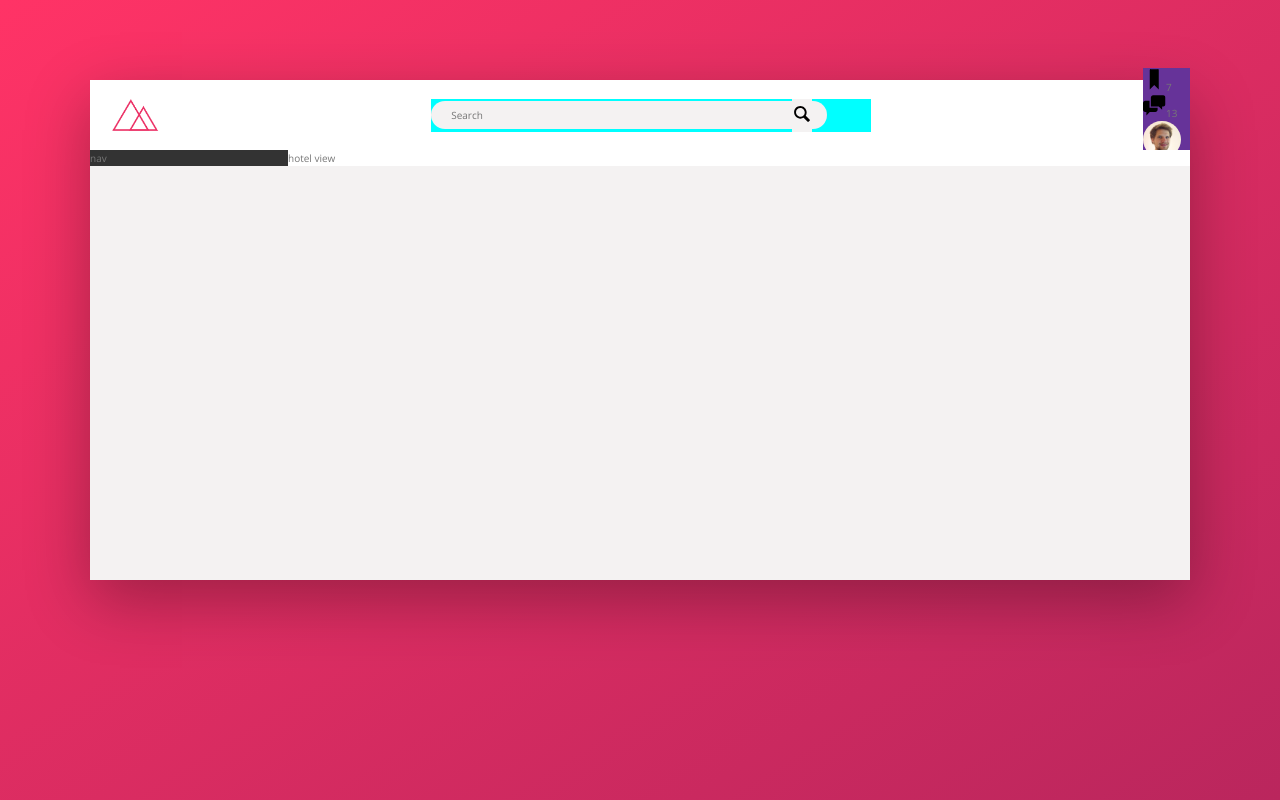
Repository: ajayaj2001/modern-Hotel
Page: /
The author's editor kept a copy of each file at every save. The page is drawn from the files as they stood at one save, then again after the next save.
The browser window is 1280 px wide. The pictures show the whole page.
The project was rebuilt for these pictures with package versions that can differ from the ones it lists, and the page was loaded fresh each time.

Above is the page before, as saved 2020-12-13 11:50:01.

After the next save:
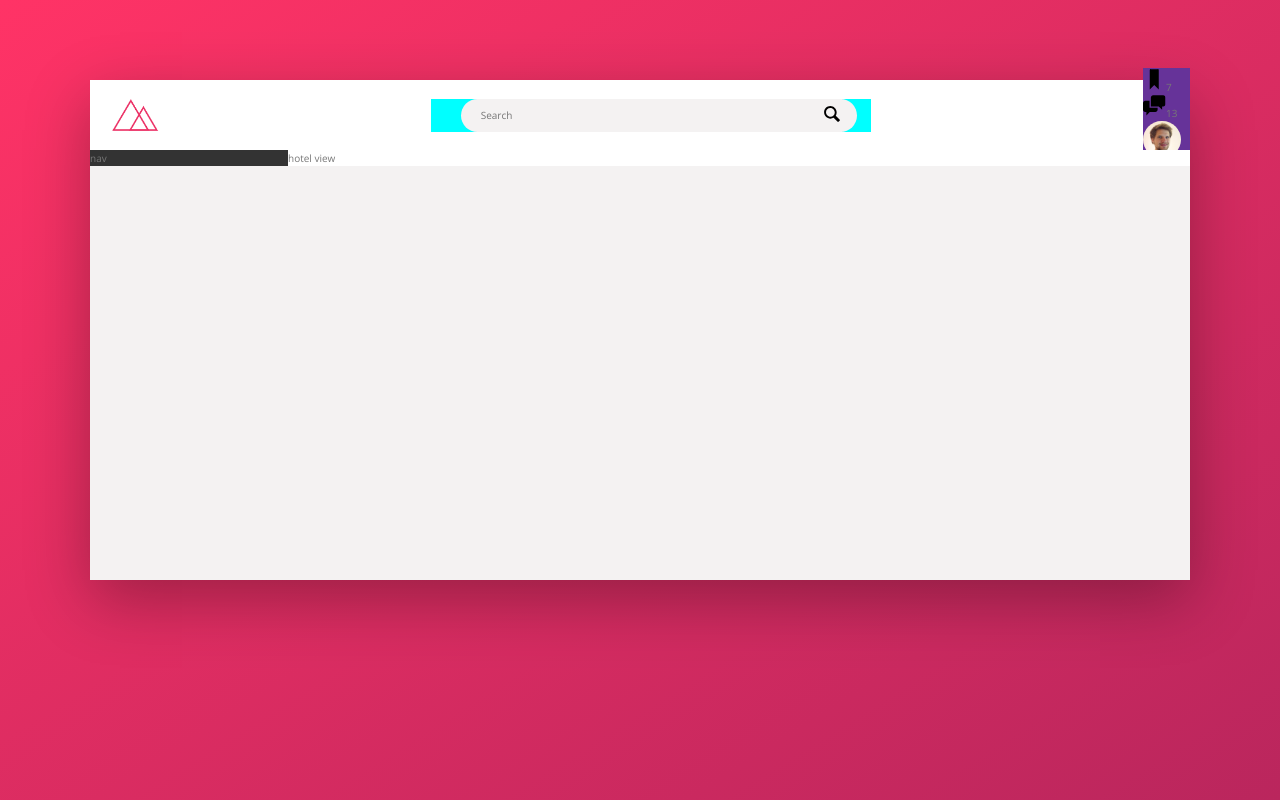
Saved 8 s later.
--- a/src/header/Header.scss
+++ b/src/header/Header.scss
@@ -13,8 +13,8 @@
 .search {
     display: flex;
     flex: 0 0 40%;
-    align-items: center;
-    // justify-content: center;
+    // align-items: center;
+    justify-content: center;
     background-color: aqua;
 
     &__input {
